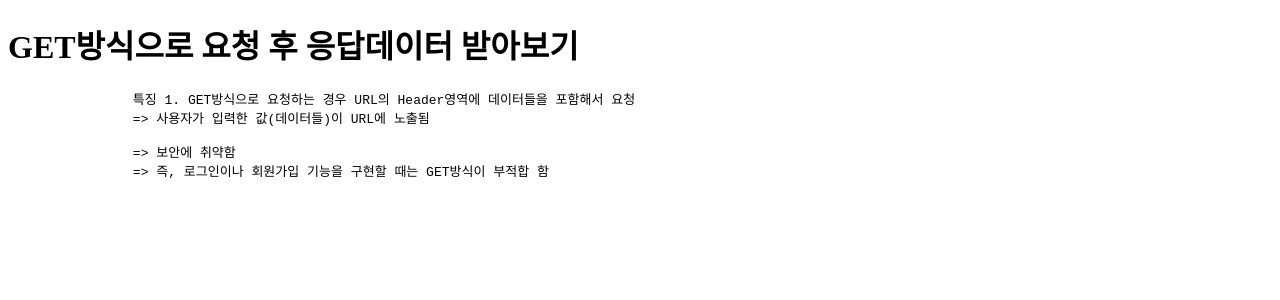
Repository: Rostreaca/0922_Web
Page: MyFirstWebProject/src/main/webapp/views/request_get.html
An editor plug-in stored every save of this project. The page is shown before and after the next save, followed by the edit.
The browser window is 1280 px wide. The pictures show the whole page.

Above is the page before, as saved 2025-09-22 07:39:58.

### MyFirstWebProject/src/main/webapp/views/request_get.html
<!DOCTYPE html>
<html>
<head>
<meta charset="UTF-8">
<title>Get 방식 요청 테스트</title>
<style>
	ul {
		list-style : none;
		line-height : 200%;
	}
</style>
</head>
<body>
	<h1>GET방식으로 요청 후 응답데이터 받아보기</h1>

	<pre>
		특징 1. GET방식으로 요청하는 경우 URL의 Header영역에 데이터들을 포함해서 요청
		=> 사용자가 입력한 값(데이터들)이 URL에 노출됨 <br>
		=> 보안에 취약함
		=> 즉, 로그인이나 회원가입 기능을 구현할 때는 GET방식이 부적합 함 <br><br>

	</pre>









</body>
</html>

After the next save:
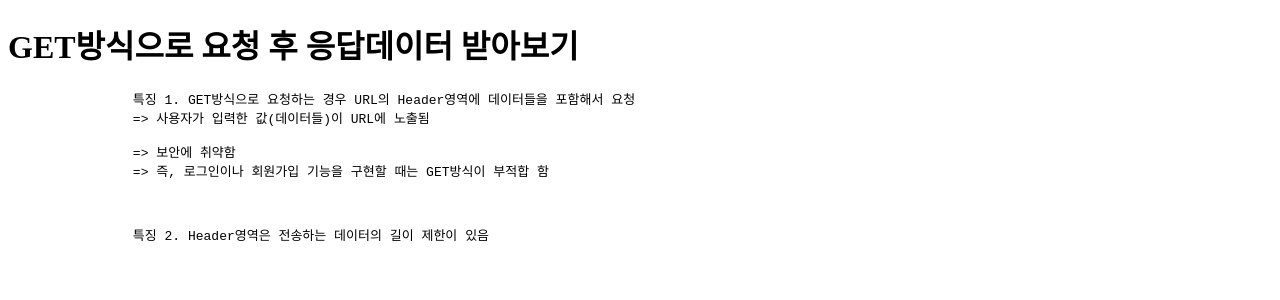
Saved 29 s later.
--- a/MyFirstWebProject/src/main/webapp/views/request_get.html
+++ b/MyFirstWebProject/src/main/webapp/views/request_get.html
@@ -19,6 +19,8 @@
 		=> 보안에 취약함
 		=> 즉, 로그인이나 회원가입 기능을 구현할 때는 GET방식이 부적합 함 <br><br>
 
+		특징 2. Header영역은 전송하는 데이터의 길이 제한이 있음 <br>
+
 	</pre>
 
 
